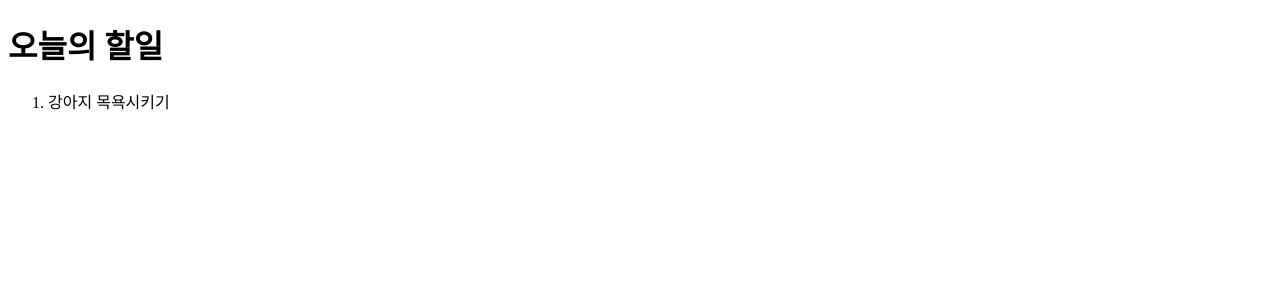
Repository: sungken/htmlProject
Page: ClientTest/src/main/webapp/html/ex11_list.html
These files come from the project's save history. The page is drawn as it stood at one moment and after a run of saves; the edit follows.
The browser window is 1280 px wide. The pictures show the whole page.

Above is the page before, as saved 2024-03-13 01:29:24.

After the next 2 saves:
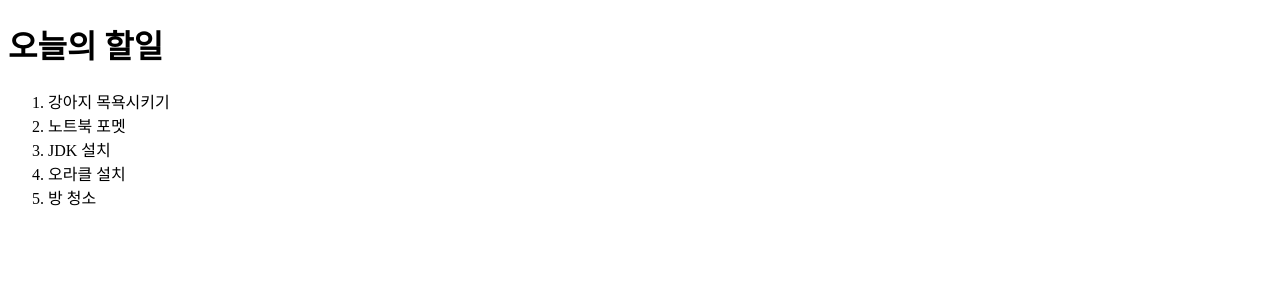
The 2 saves are shown as one change because they came seconds apart.
The last was saved 38 s later.
--- a/ClientTest/src/main/webapp/html/ex11_list.html
+++ b/ClientTest/src/main/webapp/html/ex11_list.html
@@ -20,7 +20,10 @@
 
 <ol>
 	<li>강아지 목욕시키기</li>
-
+	<li>노트북 포멧</li>
+	<li>JDK 설치</li>
+	<li>오라클 설치</li>
+	<li>방 청소</li>
 </ol>
 
 
